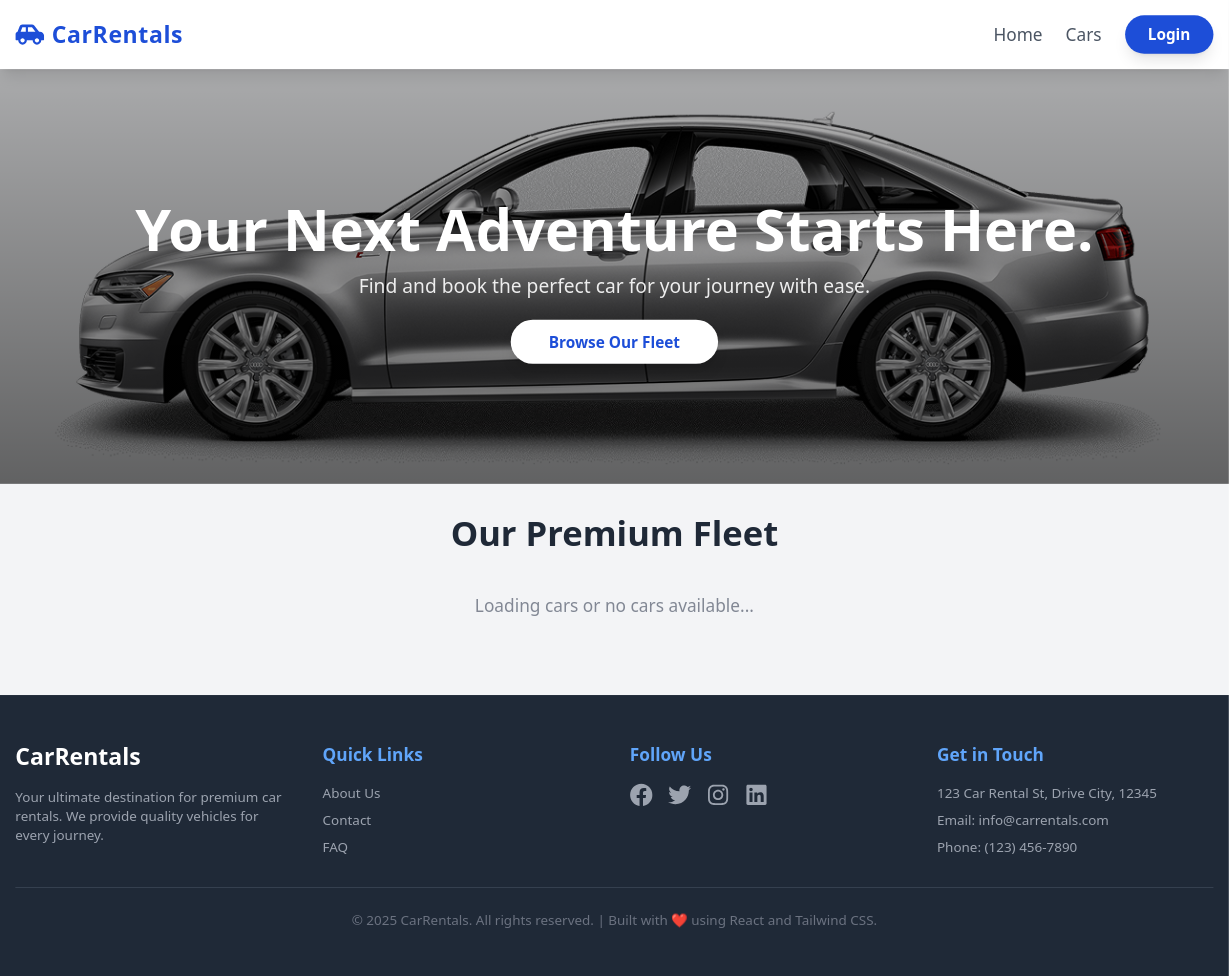
Repository: Daehy-peels/car-rental-app
Page: / (app in client/)
An editor plug-in stored every save of this project. The page is shown before and after the next save, followed by the edit.
The browser window is 1280 px wide. The pictures show the whole page, at 96% of full size.
The page's requests for data from a server got no answer. The project was rebuilt for these pictures with package versions that can differ from the ones it lists, and the page was loaded fresh each time. No one was signed in, and anything a server would have sent is missing. Also part of the build but not shown: client/vite.config.js, client/src/components/CarCard.jsx, client/src/components/CarDetail.jsx.

Above is the page before, as saved 2025-08-21 11:54:59.

After the next save:
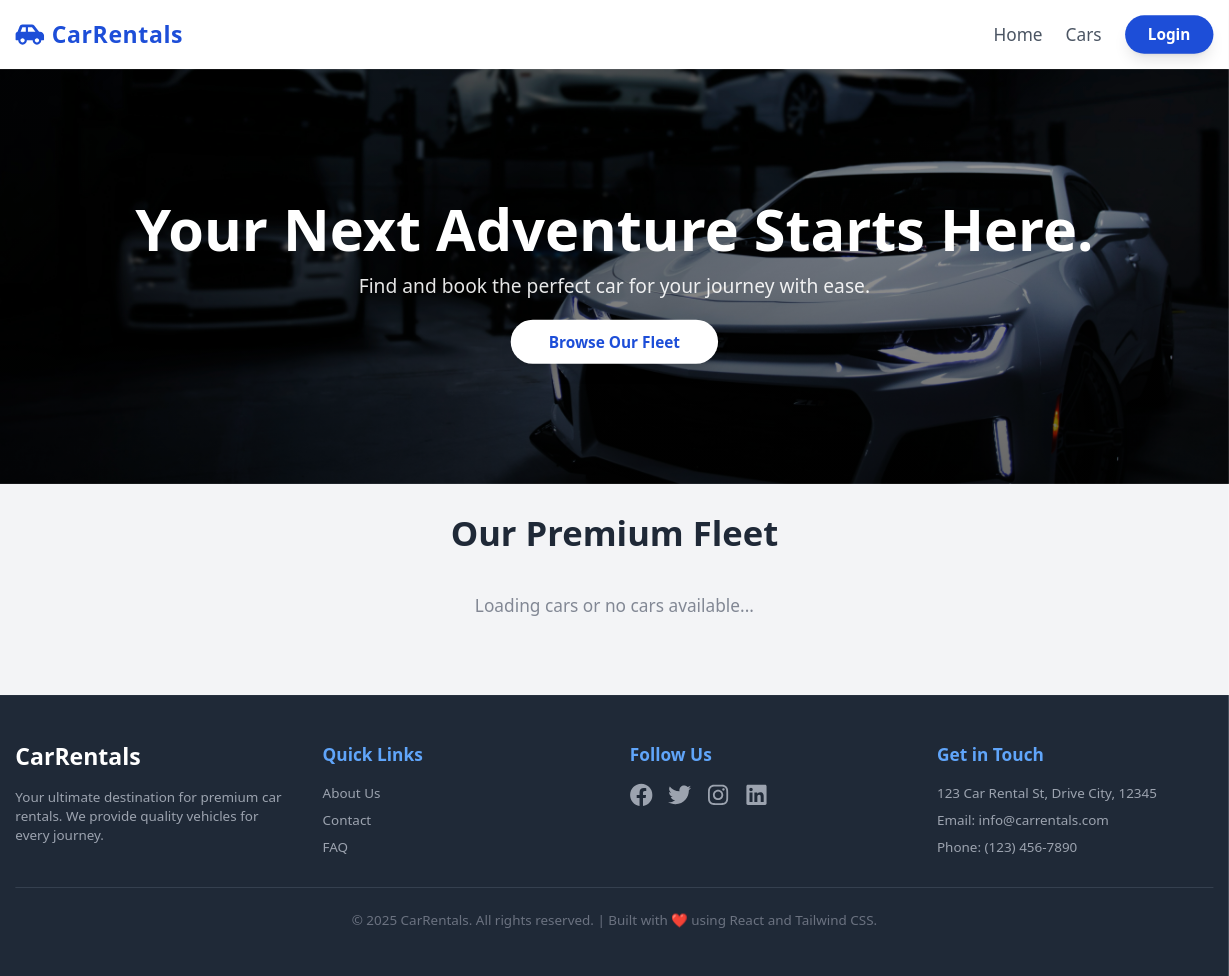
Saved 5 h 50 min later.
--- a/client/src/components/Hero.jsx
+++ b/client/src/components/Hero.jsx
@@ -1,6 +1,6 @@
 // src/components/Hero.jsx
 import React from "react";
-import mainCarImage from "../assets/main_car.png";
+import mainCarImage from "../assets/hero.jpg";
 
 const Hero = () => {
   return (

After the save that followed:
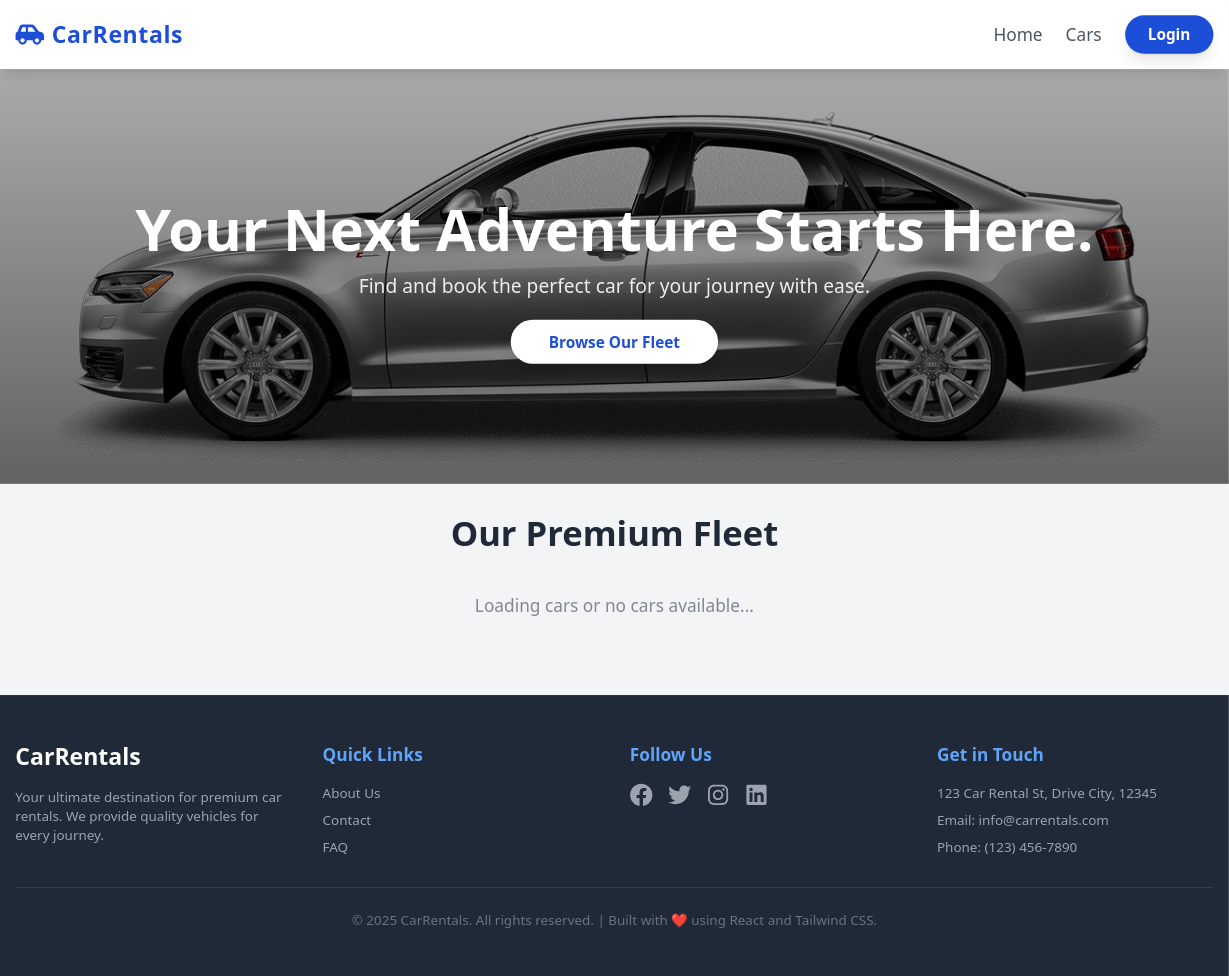
Saved 4 min 31 s later.
--- a/client/src/components/Hero.jsx
+++ b/client/src/components/Hero.jsx
@@ -1,13 +1,17 @@
 // src/components/Hero.jsx
 import React from "react";
-import mainCarImage from "../assets/hero.jpg";
+import mainCarImage from "../assets/main_car.png";
 
 const Hero = () => {
   return (
-    <div
-      className="relative h-[50vh] md:h-[60vh] bg-cover bg-center flex items-center justify-center text-center"
-      style={{ backgroundImage: `url(${mainCarImage})` }}
-    >
+    <div className="relative h-[50vh] md:h-[60vh] flex items-center justify-center text-center">
+      {/* Responsive Background Image */}
+      <img
+        src={mainCarImage}
+        alt="A stylish car on the road"
+        className="absolute inset-0 w-full h-full object-cover"
+      />
+
       {/* Semi-transparent overlay with a subtle gradient */}
       <div className="absolute inset-0 bg-gradient-to-t from-black/60 to-black/30"></div>
 
